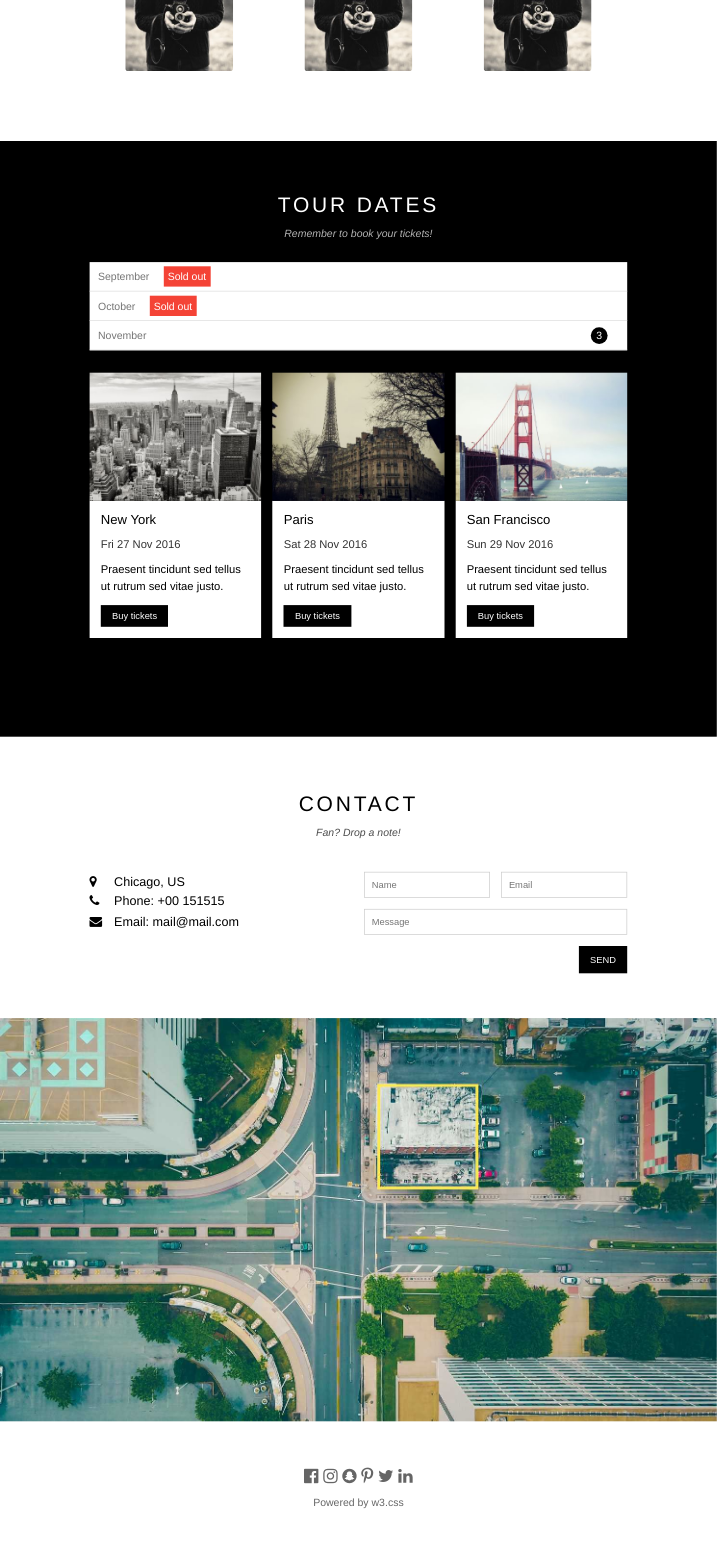
Repository: vuongtm1999/TheBand_W3School
Page: index.html
These files come from the project's save history. The page is drawn as it stood at one moment and after the next save; the edit follows.
The browser window is 1024 px wide. The pictures show the part of the page from y = 1008 to 3248 px (the page is 3242 px tall before and 3248 px after), at 70% of full size.

Above is the page before, as saved 2022-08-31 09:03:41.

After the next save:
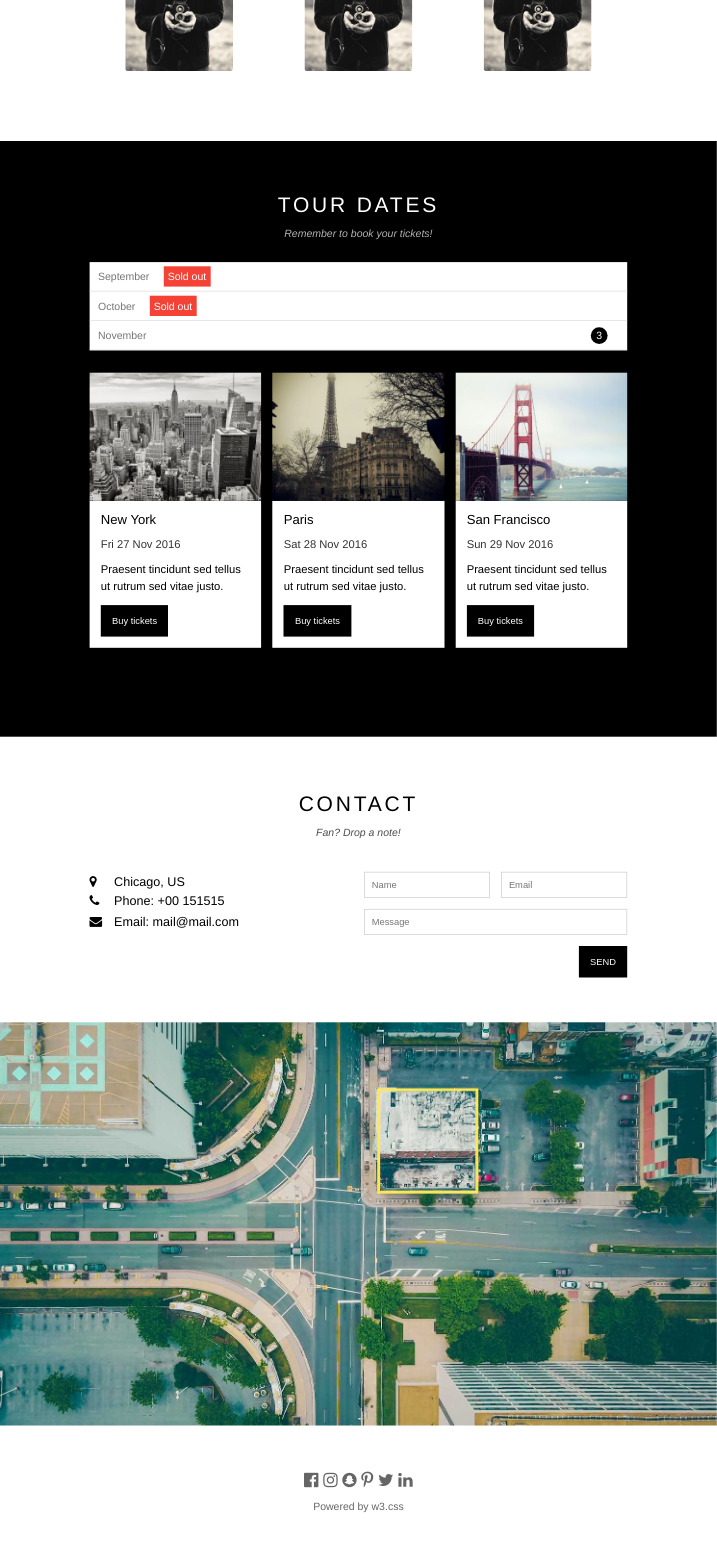
Saved 34 s later.
--- a/assets/css/responsive.css
+++ b/assets/css/responsive.css
@@ -8,7 +8,7 @@
 
 /* Tablet */
 @media (min-width:740px) and (max-width:1024px) {
-    .btn{
+    .btn-common{
         padding: 15px 16px;
     }
 
